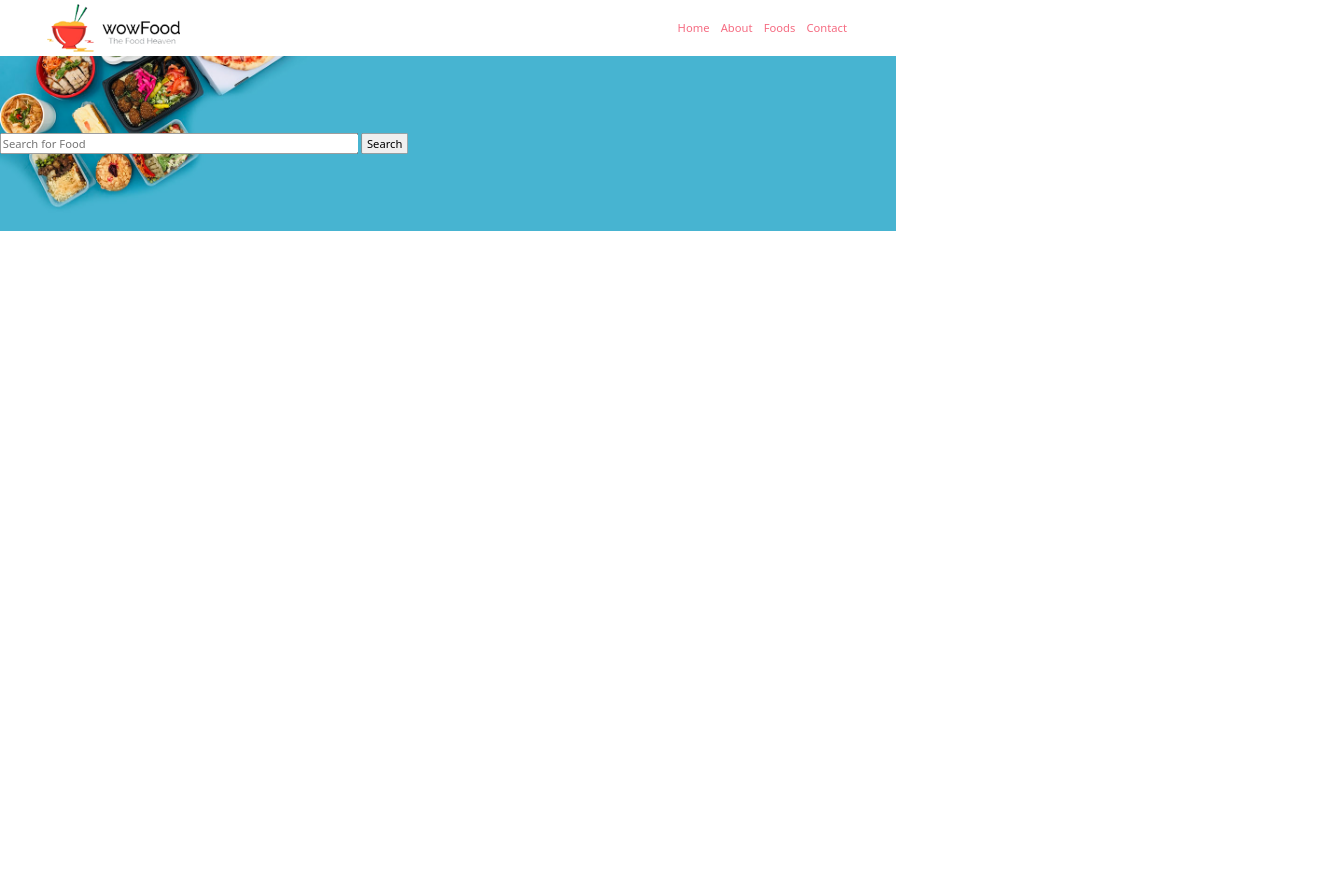
Repository: ruaruababa/RestaurantBS5
Page: html/index.html
These files come from the project's save history. The page is drawn as it stood at one moment and after the next save; the edit follows.
The browser window is 1280 px wide. The page is 1280 px wide, then 1920 px, so the pictures cover 1920 px, including what lies to the right of the window. The pictures show the part of the page from y = 0 to 1280 px (the page is 3000 px tall), at 70% of full size.

Above is the page before, as saved 2021-09-25 16:56:30.

After the next save:
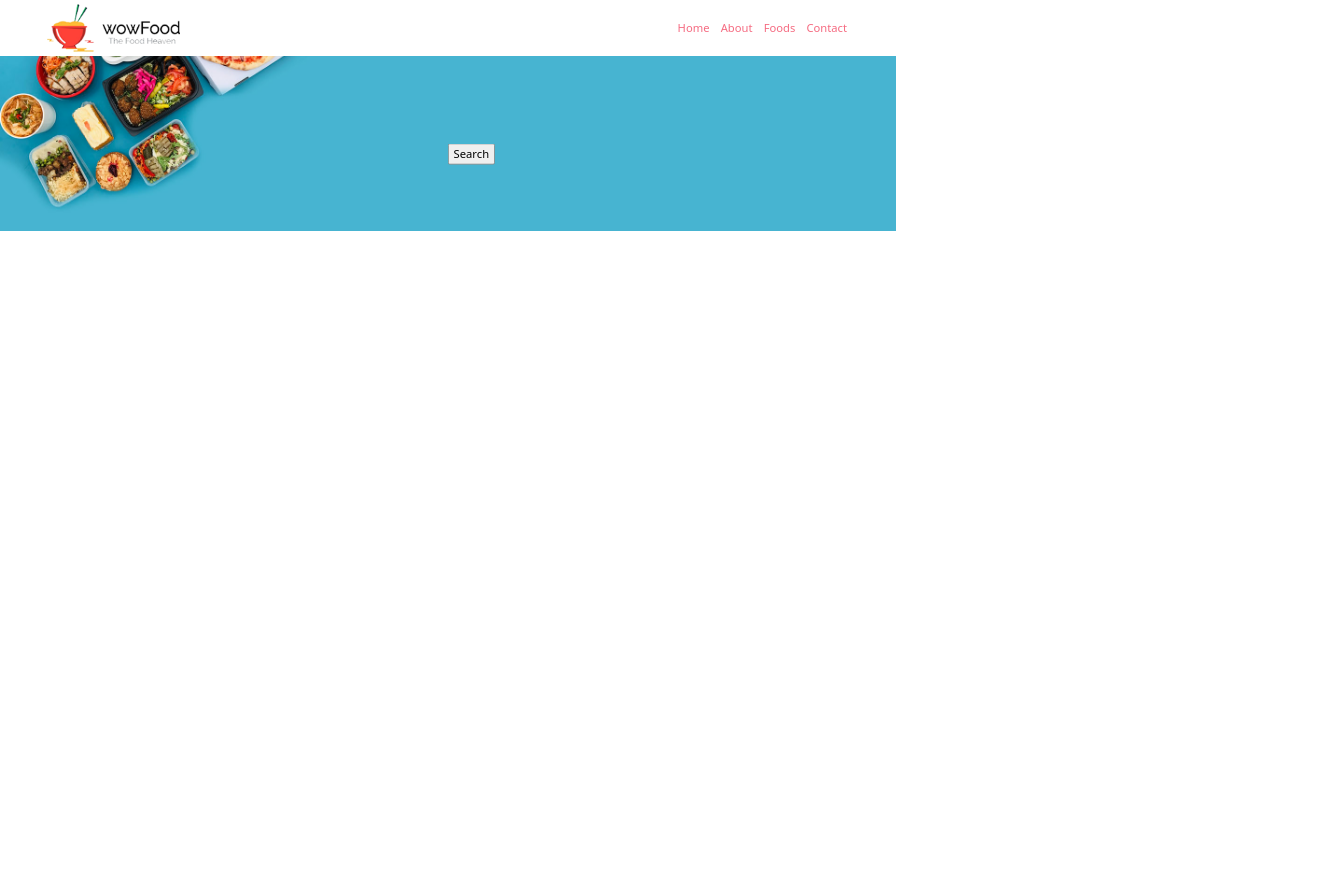
Saved 21 s later.
--- a/html/index.html
+++ b/html/index.html
@@ -47,7 +47,7 @@
         <section>
             <div class="container-section" style=" position: relative; top: 80px;">
                 <img src="/img/bg.jpg" class="img-fluid" alt="Responsive image" style="height:250px; width:100%; object-fit: cover;">
-                <form action="" class="form-search" style="width: 100%; position: absolute; left: 50%; top: 50%; transform: translate(-50%, -50%);">
+                <form action="" class="form-search" style="width: 100%; position: absolute; left: 50%; top: 50%; >
                     <input type="text" placeholder="Search for Food" style="width:40%">
                     <input type="button" value="Search">
                 </form>
